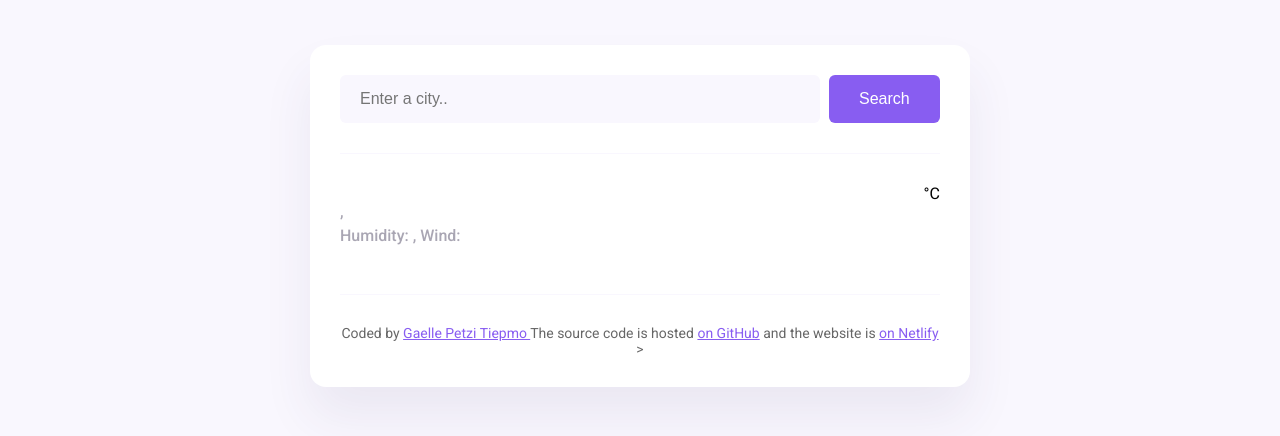
Repository: OnwardForward/meteo.by.gaelle
Page: meteo.appbygaelle.html
These files come from the project's save history. The page is drawn as it stood at one moment and after the next save; the edit follows.
The browser window is 1280 px wide. The pictures show the whole page.
The page's requests for data from a server got no answer. Some web libraries are served in a nearby version.

Above is the page before, as saved 2024-04-22 17:04:12.
Console error (its wording comes from the project's code and is left out).

### meteo.appbygaelle.html
<!DOCTYPE html>
<html lang="en">
  <head>
    <meta charset="UTF-8" />
    <meta name="viewport" content="width=device-width, initial-scale=1.0" />
    <link rel="preconnect" href="https://fonts.googleapis.com" />
    <link rel="preconnect" href="https://fonts.gstatic.com" crossorigin />
    <link
      href="https://fonts.googleapis.com/css2?family=Roboto:ital,wght@0,100;0,300;0,400;0,500;0,700;0,900;1,100;1,300;1,400;1,500;1,700;1,900&display=swap"
      rel="stylesheet"
    />
    <link rel="stylesheet" href="src\styles.css" />
    <script src="https://cdn.jsdelivr.net/npm/axios@1.1.2/dist/axios.min.js"></script>
    <title>Meteo App</title>
  </head>
  <body>
    <div class="weather-app">
      <header>
        <form class="search-form" id="search-form">
          <input
            type="search"
            placeholder="Enter a city.."
            required
            id="search-form-input"
            class="search-form-input"
          />
          <input type="submit" value="Search" class="search-form-button" />
        </form>
      </header>
      <main>
        <div class="weather-app-data">
          <div>
            <h1 class="weather-app-city" id="city"></h1>
            <p class="weather-app-details">
              <span id="time"></span>,
              <span id="description"></span>
              <br />
              Humidity: <strong id="humidity"></strong>, Wind:
              <strong id="wind-speed"></strong>
            </p>
          </div>
          <div class="weather-app-temperature-container">
            <div id="icon"></div>
            <div class="weather-app-temperature" id="temperature"></div>
            <div class="weatehr-app-unit">°C</div>
          </div>
        </div>
      </main>

      <footer>
        Coded by <a href="https://github.com/OnwardForward" target="_blank"> Gaelle Petzi Tiepmo </a>
        The source code is hosted <a href="https://github.com/OnwardForward/meteo.by.gaelle" target="_blank">on GitHub</a>
        and the website is <a href="https://meteo-app-by-gaellept.netlify.app/" target="_blank"> on Netlify</a>
        >
      </footer>
    </div>
    <script src="src/index.js"></script>
  </body>
</html>

### src/styles.css
body {
  background-color: #f9f7fe;
  font-family: "Roboto", sans-serif;
}

a {
  color: #885df1;
}

.weather-app {
  background: white;
  max-width: 600px;
  margin: 45px auto;
  box-shadow: 0 30px 50px rgba(65, 50, 100, 0.08);
  border-radius: 16px;
  padding: 30px;
}

header {
  border-bottom: 1px solid #f9f7fe;
  padding: 0 0 30px 0;
}

.search-form-input {
  background-color: #f9f7fe;
  border: none;
  border-radius: 6px;
  width: 80%;
  font-size: 16px;
  padding: 15px 20px;
}

.search-form-button {
  background: #885df1;
  padding: 15px 30px;
  border: none;
  font-size: 16px;
  margin-left: 5px;
  border-radius: 6px;
  color: white;
}

main {
  padding: 30px 0;
}

.weather-app-data {
  display: flex;
  justify-content: space-between;
}

.weather-app-city {
  margin: 0;
  font-size: 38px;
  line-height: 48px;
}

.weather-app-details {
  font-size: 16px;
  color: rgba(39, 33, 66, 0.4);
  line-height: 24px;
  font-weight: 500;
}

.weather-app-details strong {
  color: #f65282;
}

.weather-app-temperature-container {
  display: flex;
}

.weather-app-icon {
  width: 88px;
  height: 88px;
}

.weather-app-temperature {
  font-size: 88px;
  line-height: 88px;
  font-weight: bold;
}

.weather-app-unit {
  margin-top: 6px;
  font-size: 28px;
}

footer {
  border-top: 1px solid #f9f7fe;
  padding: 30px 0 0 0;
  text-align: center;
  font-size: 14px;
  color: rgba(0, 0, 0, 0.6);
}

### src/index.js
function refreshWeather(response) {
  let temperatureElement = document.querySelector("#temperature");
  let temperature = response.data.temperature.current;
  let cityElement = document.querySelector("#city");
  let descriptionElement = document.querySelector("#description");
  let humidityElement = document.querySelector("#humidity");
  let windSpeedElement = document.querySelector("#wind-speed");
  let timeElement = document.querySelector("#time");
  let date = new Date(response.data.time * 1000);
  let iconElement = document.querySelector("#icon");

  cityElement.innerHTML = response.data.city;
  timeElement.innerHTML = formatDate(date);
  descriptionElement.innerHTML = response.data.condition.description;
  humidityElement.innerHTML = `${response.data.temperature.humidity}%`;
  windSpeedElement.innerHTML = `${response.data.wind.speed}km/h`;
  temperatureElement.innerHTML = Math.round(temperature);
  iconElement.innerHTML = `<img src="${response.data.condition.icon_url}" class="weather-app-icon" />`;
}

function formatDate(date) {
  let minutes = date.getMinutes();
  let hours = date.getHours();
  let days = [
    "Sunday",
    "Monday",
    "Tuesday",
    "Wednesday",
    "Thursday",
    "Friday",
    "Saturday",
  ];
  let day = days[date.getDay()];

  if (minutes < 10) {
    minutes = `0${minutes}`;
  }

  return `${day} ${hours}:${minutes}`;
}

function searchCity(city) {
  let apiKey = "b2a5adcct04b33178913oc335f405433";
  let apiUrl = `https://api.shecodes.io/weather/v1/current?query=${city}&key=${apiKey}`;
  axios.get(apiUrl).then(refreshWeather);
}

function handleSearchSubmit(event) {
  event.preventDefault();
  let searchInput = document.querySelector("#search-form-input");

  searchCity(searchInput.value);
}

let searchFormElement = document.querySelector("#search-form");
searchFormElement.addEventListener("submit", handleSearchSubmit);

searchCity("Houston");

After the next save:
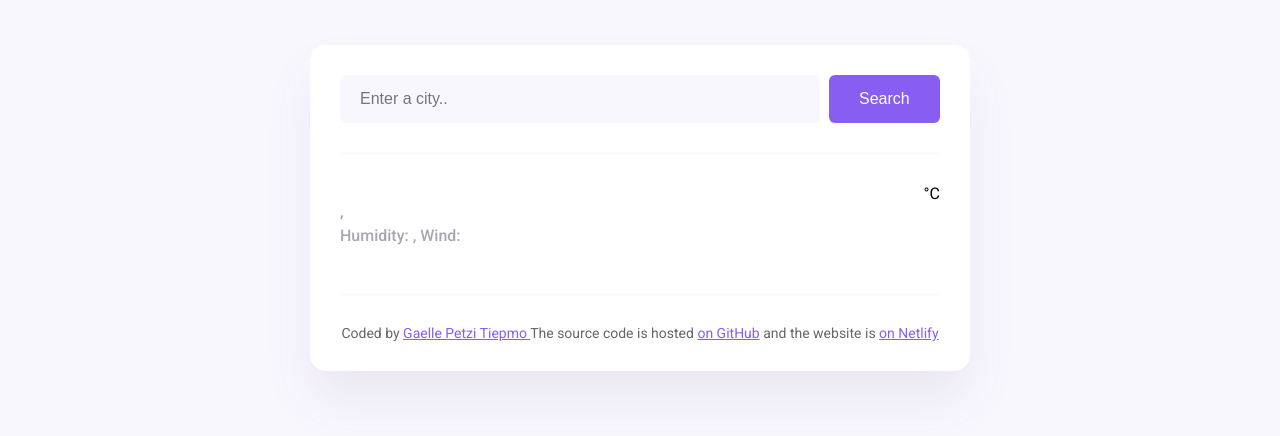
Saved 12 min 50 s later.
--- a/meteo.appbygaelle.html
+++ b/meteo.appbygaelle.html
@@ -51,7 +51,7 @@
         Coded by <a href="https://github.com/OnwardForward" target="_blank"> Gaelle Petzi Tiepmo </a>
         The source code is hosted <a href="https://github.com/OnwardForward/meteo.by.gaelle" target="_blank">on GitHub</a>
         and the website is <a href="https://meteo-app-by-gaellept.netlify.app/" target="_blank"> on Netlify</a>
-        >
+
       </footer>
     </div>
     <script src="src/index.js"></script>
